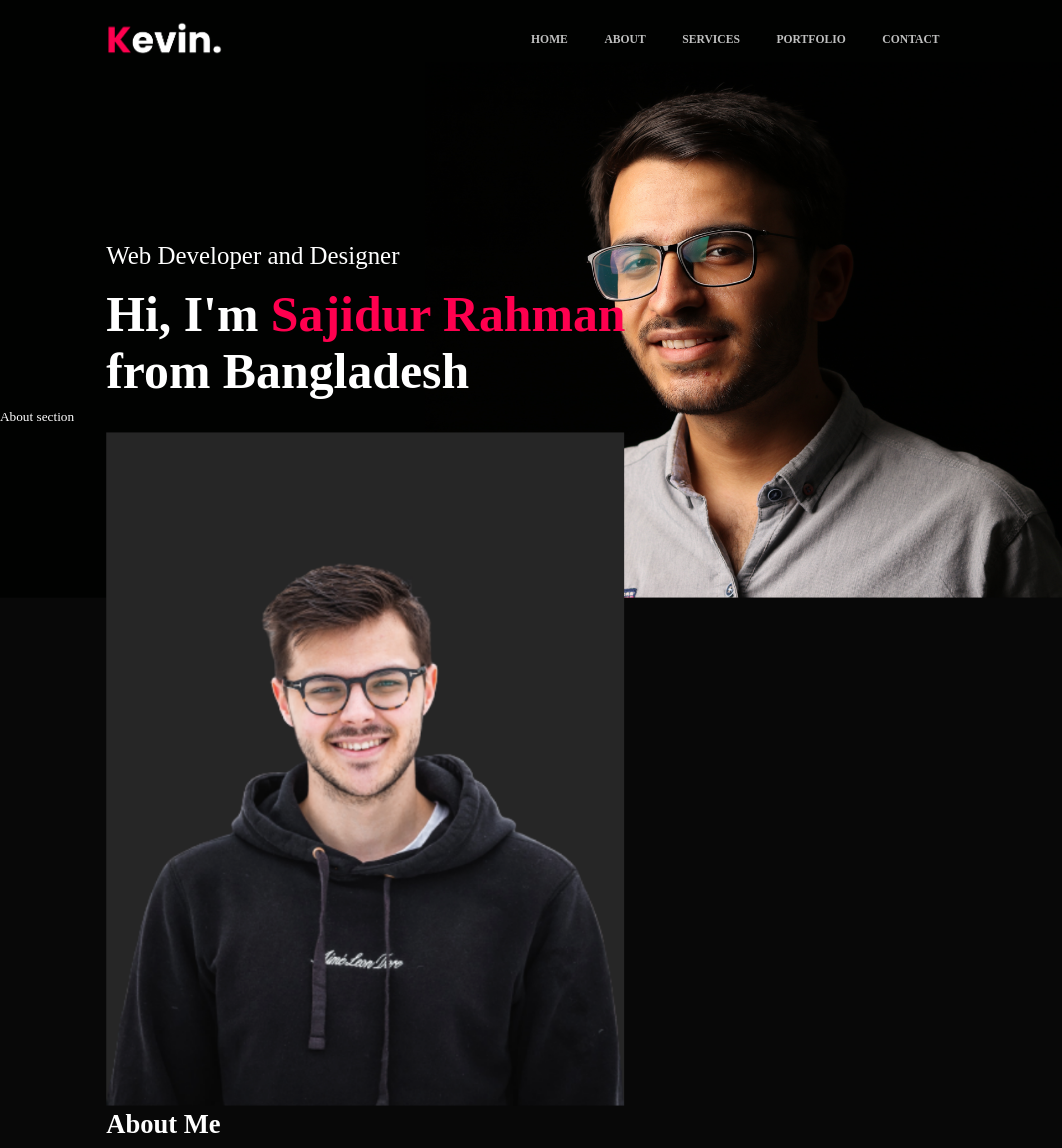
Repository: devsajid/Portfolio-website-with-HTML-CSS-JS
Page: index.html
These files come from the project's save history. The page is drawn as it stood at one moment and after the next save; the edit follows.
The browser window is 1280 px wide. The pictures show the whole page, at 83% of full size.

Above is the page before, as saved 2022-12-11 05:04:55.

### index.html
<!DOCTYPE html>
<html lang="en">
  <head>
    <meta charset="UTF-8" />
    <meta http-equiv="X-UA-Compatible" content="IE=edge" />
    <meta name="viewport" content="width=device-width, initial-scale=1.0" />
    <link rel="stylesheet" href="style.css" />
    <title>My Portfolio Website</title>
  </head>
  <body>
    <div id="header">
      <div class="container">
        <nav>
          <img src="images/logo.png" class="logo" alt="logo" />
          <ul>
            <li><a href="#" class="nav-link nav-link-ltr"> Home</a></li>
            <li><a href="#" class="nav-link nav-link-ltr"> About</a></li>
            <li><a href="#" class="nav-link nav-link-ltr"> Services</a></li>
            <li><a href="#" class="nav-link nav-link-ltr"> Portfolio</a></li>
            <li><a href="#" class="nav-link nav-link-ltr"> Contact</a></li>
          </ul>
        </nav>
        <div class="header-text">
          <p>Web Developer and Designer</p>
          <h1>
            Hi, I'm <span> Sajidur Rahman</span> <br />
            from Bangladesh
          </h1>
        </div>
      </div>
      About section
      <div id="about">
        <div class="container">
          <div class="row">
            <div class="about-col-1">
              <img src="images/user.png" alt="user" />
            </div>
            <div class="about-col-2"><h1>About Me</h1></div>
          </div>
        </div>
      </div>
    </div>
  </body>
</html>

### style.css
* {
  margin: 0;
  padding: 0;
  font-family: sen-serif;
  box-sizing: border-box;
}
body {
  background: #080808;
  color: #fff;
}
#header {
  width: 100%;
  height: 100vh;
  background-image: url(images/background.png);
  background-size: cover;
  background-position: center;
}
.container {
  padding: 10px 10%;
}
nav {
  display: flex;
  align-items: center;
  justify-content: space-between;
  flex-wrap: wrap;
}
.logo {
  width: 140px;
}
nav ul li {
  display: inline-block;
  list-style: none;
  margin: 10px 20px;
}
.nav-link {
  font-weight: bold;
  font-size: 14px;
  text-transform: uppercase;
  text-decoration: none;
  color: #fff;
  padding: 20px 0px;

  display: inline-block;
  position: relative;
  opacity: 0.75;
}

.nav-link:hover {
  opacity: 1;
}

.nav-link::before {
  transition: 300ms;
  height: 5px;
  content: "";
  position: absolute;
  background-color: #ff004f;
}

.nav-link-ltr::before {
  width: 0%;
  bottom: 10px;
}

.nav-link-ltr:hover::before {
  width: 100%;
}
.header-text {
  margin-top: 20%;
  font-size: 30px;
}
.header-text h1 {
  font-size: 60px;
  margin-top: 20px;
}
.header-text h1 span {
  color: #ff004f;
}

After the next save:
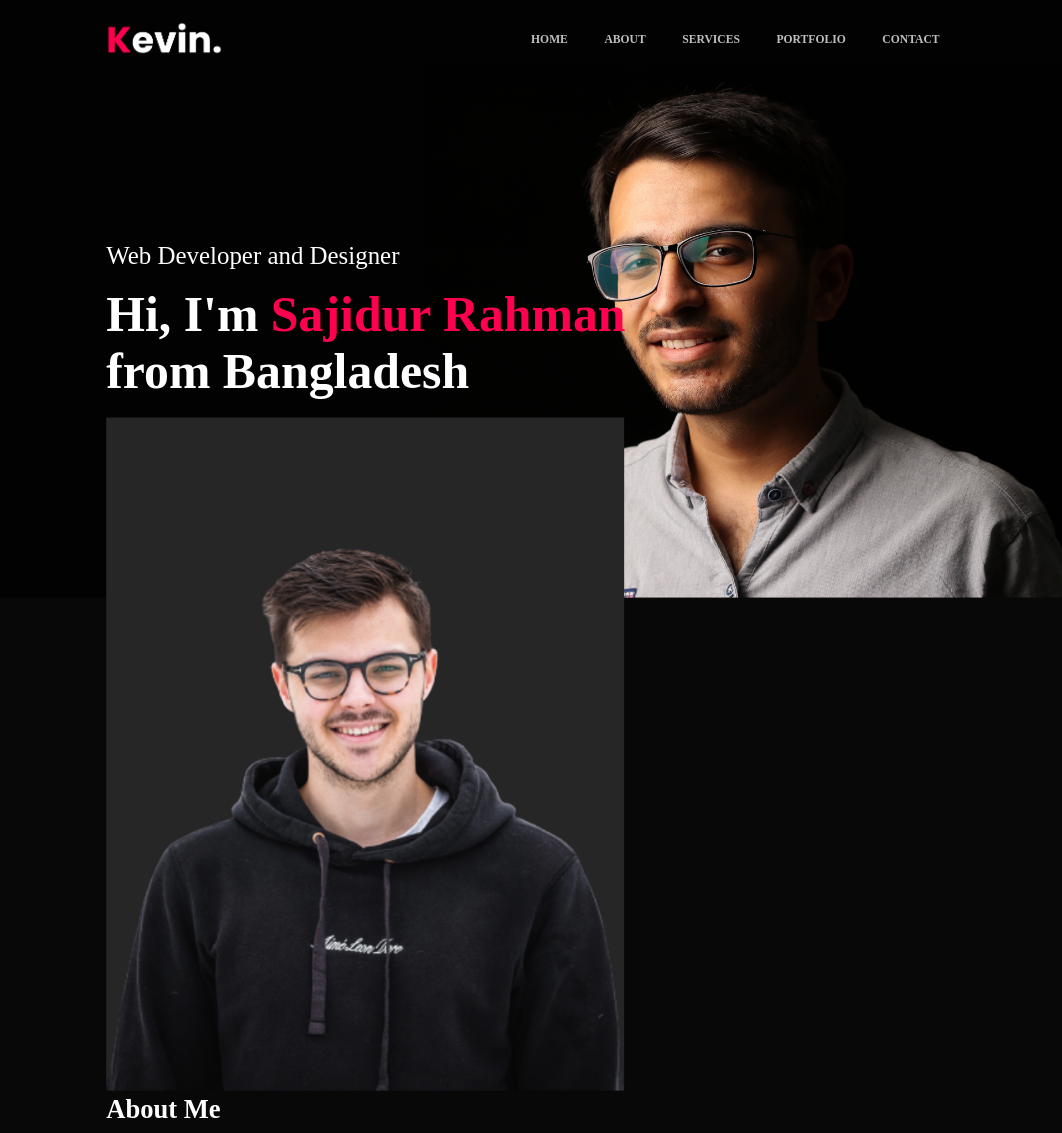
Saved 4 s later.
--- a/index.html
+++ b/index.html
@@ -28,7 +28,7 @@
           </h1>
         </div>
       </div>
-      About section
+      <!-- About section -->
       <div id="about">
         <div class="container">
           <div class="row">
